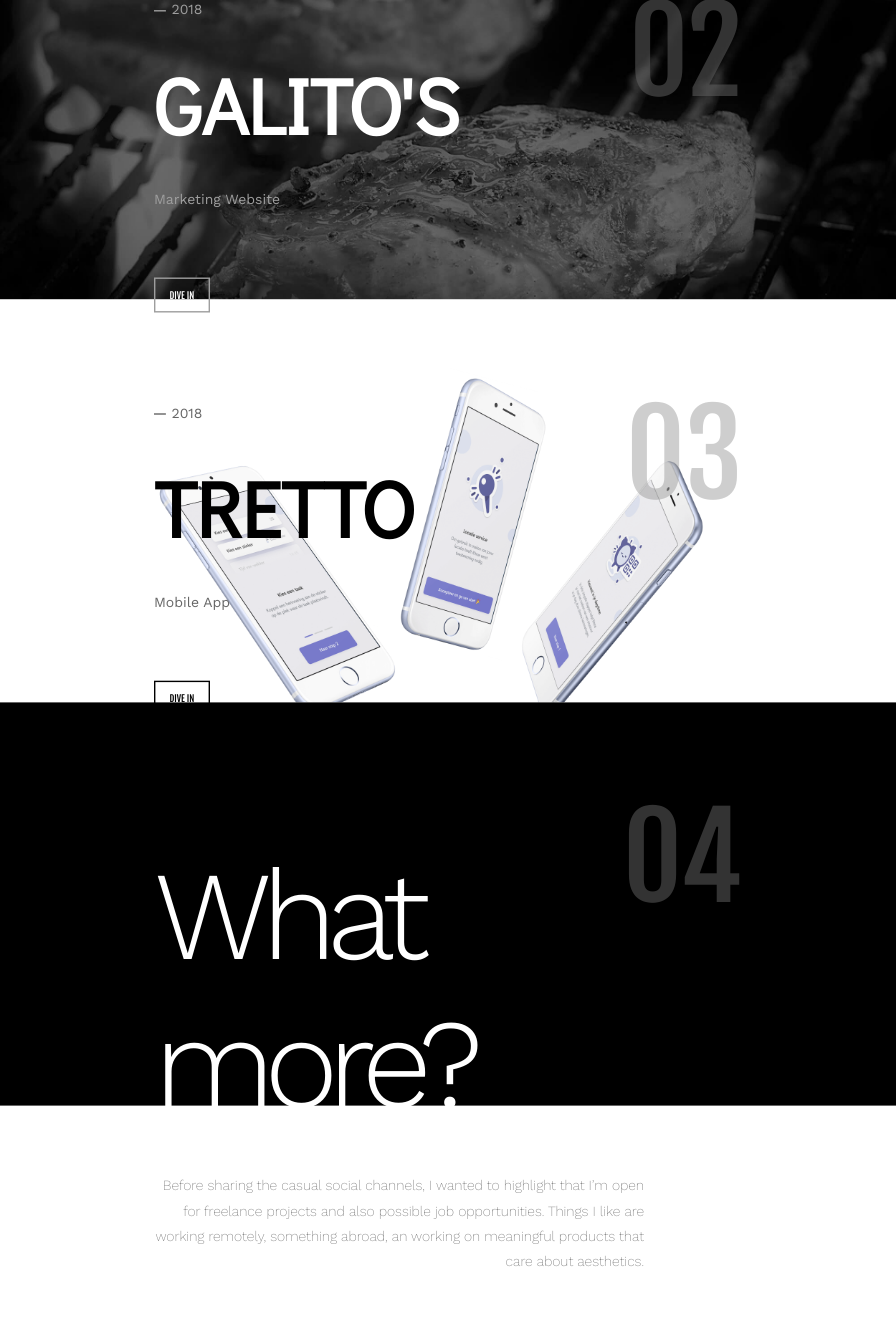
Repository: m0lt/DigitalDesigner
Page: index.html
The author's editor kept a copy of each file at every save. The page is drawn from the files as they stood at one save, then again after the next save.
The browser window is 1280 px wide. The pictures show the part of the page from y = 2709 to 4629 px (the page is 4629 px tall), at 70% of full size.
Backgrounds fixed to the window are drawn as part of the page.

Above is the page before, as saved 2025-07-08 11:40:06.

After the next save:
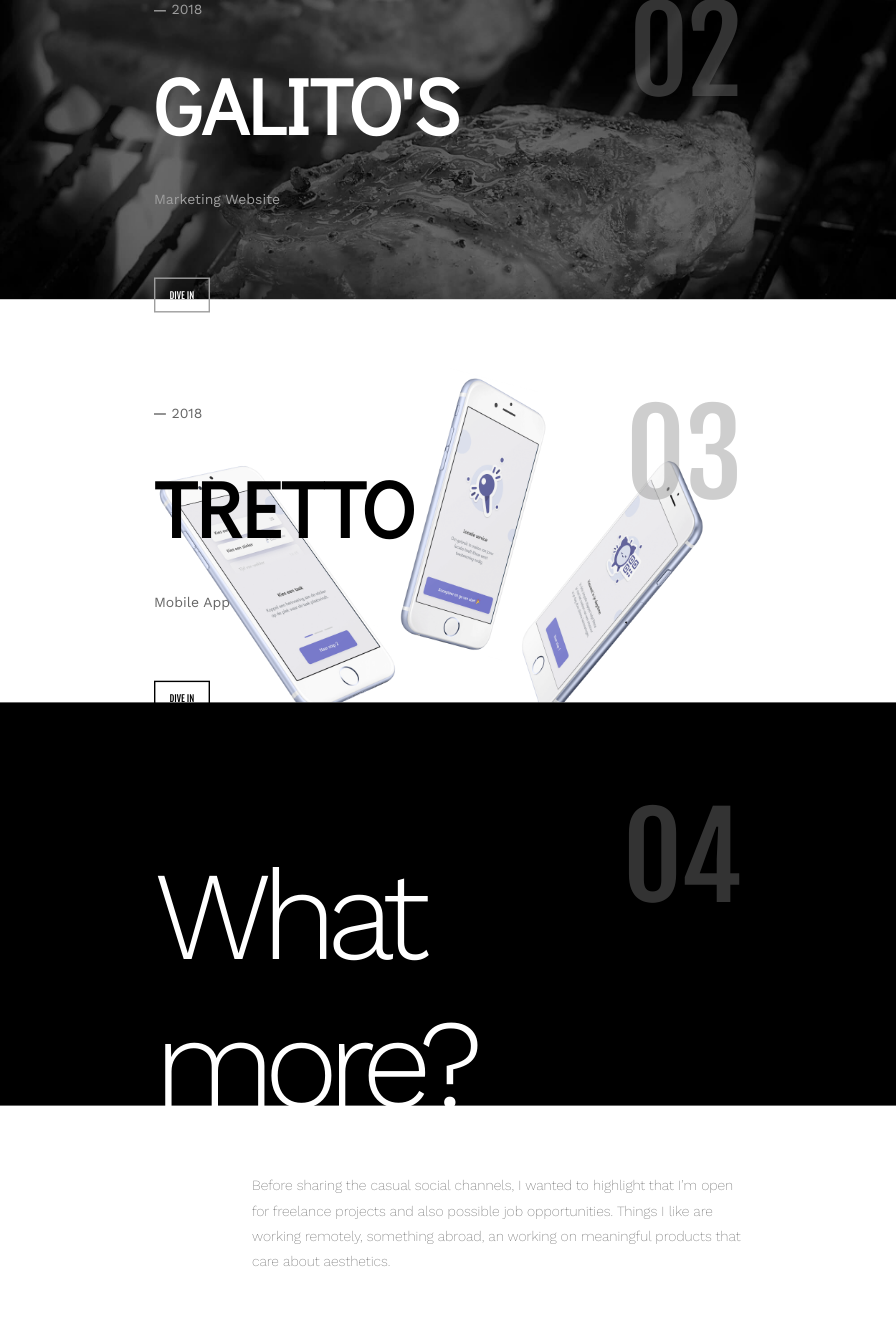
Saved 44 s later.
--- a/assets/css/styles.css
+++ b/assets/css/styles.css
@@ -161,7 +161,7 @@ p.number {
 
 #more div {
   width: 700px;
-  text-align: end;
+  float: right;
 }
 #more p:nth-child(1) {
   color: var(--mid);
